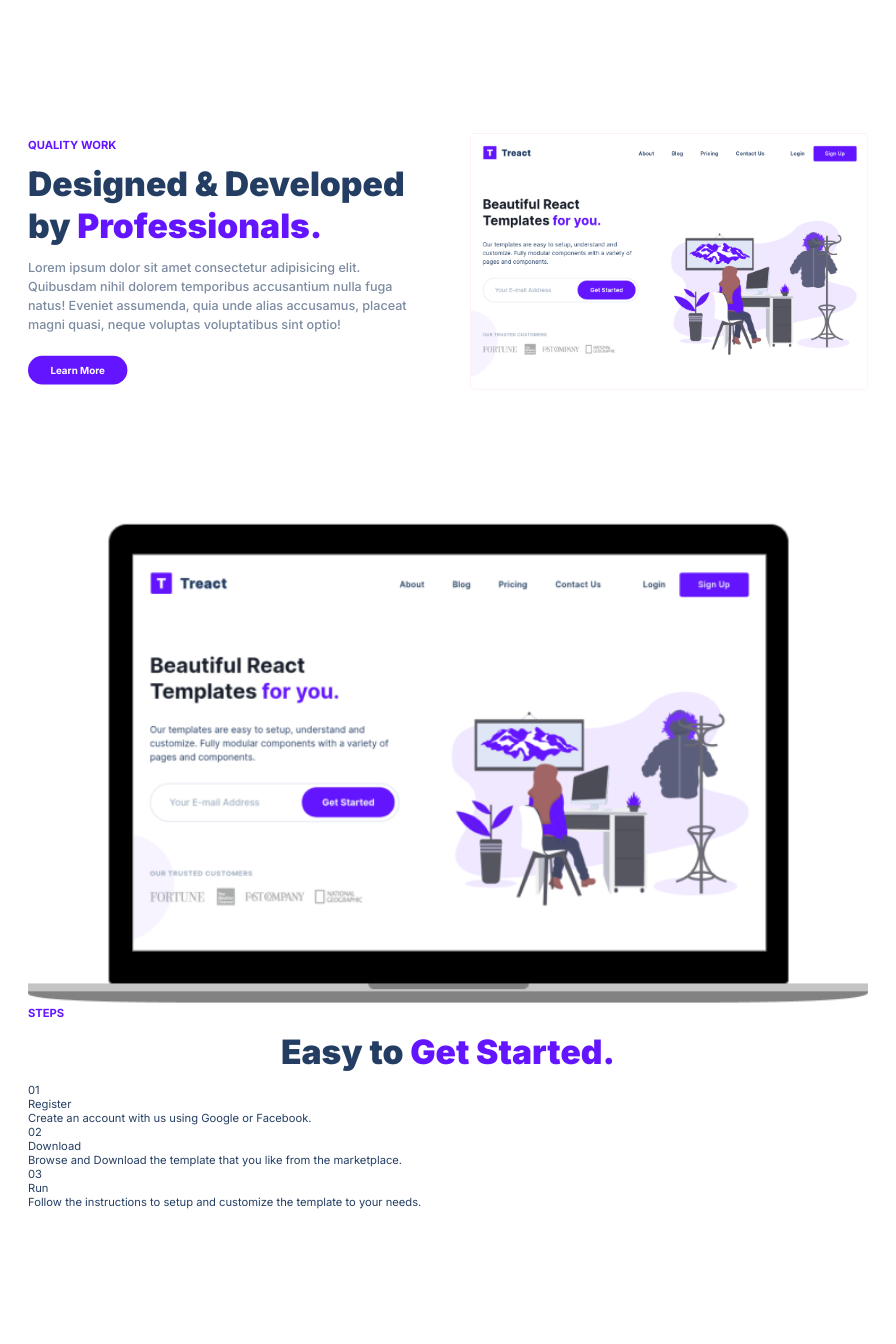
Repository: avivanguyen/m2_fianlProject
Page: index.html
These files come from the project's save history. The page is drawn as it stood at one moment and after a run of saves; the edit follows.
The browser window is 1280 px wide. The pictures show the part of the page from y = 2145 to 4065 px (the page is 4065 px tall before and 3479 px after), at 70% of full size.
Some web libraries are served in a nearby version.

Above is the page before, as saved 2025-12-09 02:25:34.

After the next 5 saves:
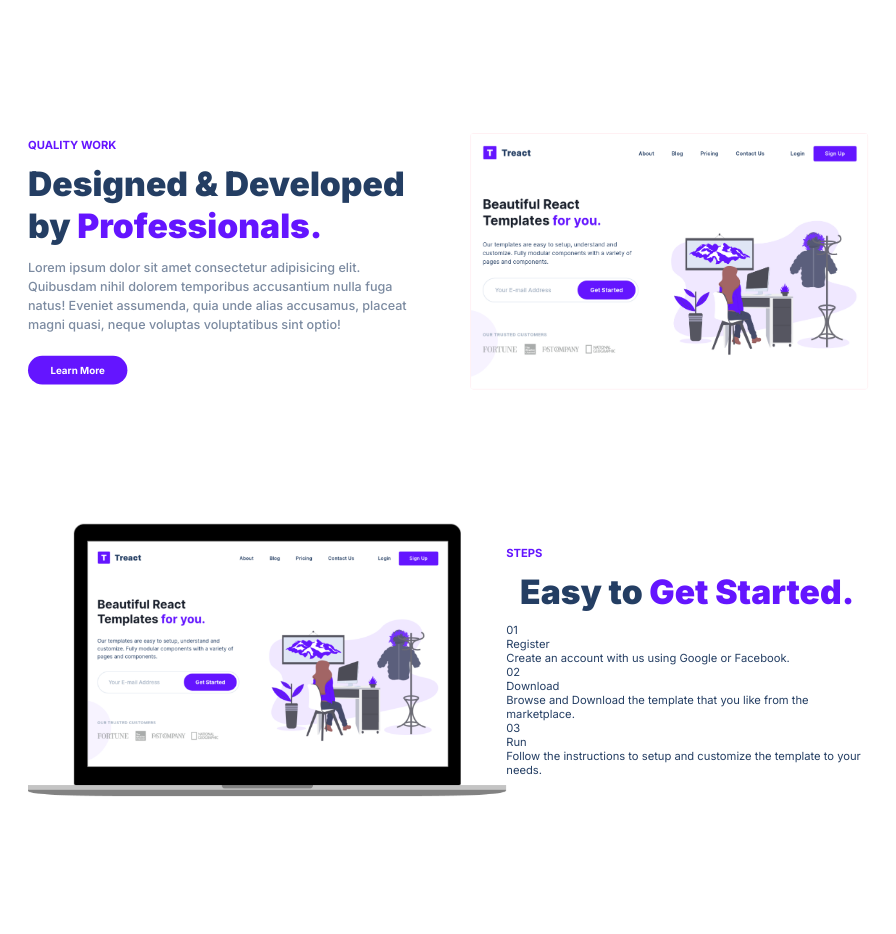
The 5 saves are shown as one change because they came seconds apart.
The last was saved 15 s later.
--- a/styles.css
+++ b/styles.css
@@ -337,5 +337,7 @@ Quality styling
 Steps styling
 */
 #steps .row {
-
-}
+    display: flex;
+    justify-content: space-between;
+    align-items: center;
+}
